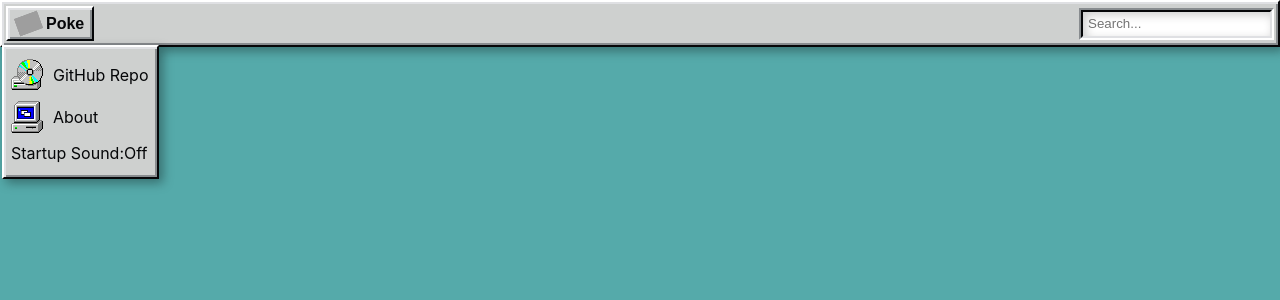
Repository: VolodymyrDubnytskyi/Pokemons
Page: /
An editor plug-in stored every save of this project. The page is shown before and after the next save, followed by the edit.
The browser window is 1280 px wide. The pictures show the whole page.
Pictures or frames that could not be fetched are drawn as grey boxes. The page's requests for data from a server got no answer. The project was rebuilt for these pictures with package versions that can differ from the ones it lists, and the page was loaded fresh each time. No one was signed in, and anything a server would have sent is missing. Also part of the build but not shown: src/Components/PopUpComponents/BasicInfo.js, src/Components/PopUpComponents/Stats.js, src/Components/PopUpComponents/Abilities.js, src/Components/PopUp.js.

Above is the page before, as saved 2020-06-11 15:00:29.

### src/App.js
import React from 'react';
import './App.css';
import Home from './Components/Home';

function App() {
  return (
    <Home />
  );
}

export default App;

### src/App.css
:root {
  --menu-bg-color: rgb(206, 208, 207);
  --main-color: rgb(5, 6, 8);
  --box-shadow-main: rgba(0, 0, 0, 0.35) 4px 4px 10px 0px, rgb(223, 224, 227) 1px 1px 0px 1px inset,
    rgb(136, 140, 143) -1px -1px 0px 1px inset;
  --box-shadow-btn: rgb(223, 224, 227) 1px 1px 0px 1px inset, rgb(136, 140, 143) -1px -1px 0px 1px inset;
}
* {
  box-sizing: border-box;
  margin: 0;
  padding: 0;
}
.main-bg {
  min-height: 100vh;
  width: 100%;
  padding-top: 35px;
  background-color: #55aaaa;
}
.content-box {
  max-width: 1380px;
  margin: auto;
  display: grid;
  grid-template-columns: repeat(6, 140px);
  justify-content: center;
}
.pokemon-container {
  height: 140px;
  display: flex;
  justify-content: center;
  align-items: center;
  flex-direction: column;
}
.pokemon-name {
  color: rgb(255, 255, 255);
  user-select: none;
  padding: 2px;
  text-decoration: underline;
}
/* header navbar */
.header-container {
  border-left-color: rgb(255, 255, 255);
  border-top-color: rgb(255, 255, 255);
  border-right-color: var(--main-color);
  border-bottom-color: var(--main-color);
  box-shadow: rgba(0, 0, 0, 0.35) 4px 4px 10px 0px, rgb(223, 224, 227) 1px 1px 0px 1px inset,
    rgb(136, 140, 143) -1px -1px 0px 1px inset;
  box-sizing: border-box;
  background-color: var(--menu-bg-color);
  color: var(--main-color);
  position: fixed;
  top: 0;
  right: 0;
  left: 0;
  padding: 4px;
  display: flex;
  flex-direction: column;
  width: 100%;
  border-style: solid;
  border-width: 2px;
}
.navbar-container {
  display: flex;
  justify-content: space-between;
  align-items: center;
}
.nav-menu-btn {
  box-sizing: border-box;
  background-color: var(--menu-bg-color);
  color: var(--main-color);
  border-left-color: rgb(255, 255, 255);
  border-top-color: rgb(255, 255, 255);
  border-right-color: var(--main-color);
  border-bottom-color: var(--main-color);
  box-shadow: var(--box-shadow-btn);
  position: relative;
  display: inline-flex;
  -webkit-box-align: center;
  align-items: center;
  -webkit-box-pack: center;
  justify-content: center;
  height: 35px;
  width: auto;
  font-size: 16px;
  border-style: solid;
  border-width: 2px;
  padding: 0px 0.5rem;
  font-weight: 600;
}
.windows-logo {
  transform: rotate(-20deg);
  margin-right: 5px;
  width: 25px;
}
/* input */
.input-container {
  position: relative;
  box-sizing: border-box;
  border-left-color: rgb(136, 140, 143);
  border-top-color: rgb(136, 140, 143);
  border-right-color: rgb(255, 255, 255);
  border-bottom-color: rgb(255, 255, 255);
  padding: 2px;
  border-style: solid;
  border-width: 2px;
  height: 32px;
}
.input-container::before {
  position: absolute;
  left: 0px;
  top: 0px;
  z-index: 1;
  content: "";
  width: calc(100% - 4px);
  height: calc(100% - 4px);
  border-left-color: var(--main-color);
  border-top-color: var(--main-color);
  border-right-color: rgb(223, 224, 227);
  border-bottom-color: rgb(223, 224, 227);
  pointer-events: none;
  box-shadow: rgba(0, 0, 0, 0.2) 3px 3px 10px inset;
  border-style: solid;
  border-width: 2px;
}
.search-input {
  outline: none;
  width: 100%;
  height: 100%;
  padding: 0 5px;
  border: none;
}
/* pop Up */
.pop-up-detail-bg {
  position: fixed;
  top: 50%;
  left: 50%;
  transform: translate(-50%, -50%);
  min-height: 400px;
  width: 600px;
  padding: 2px;
  border: 2px solid;
  border-left-color: rgb(255, 255, 255);
  border-top-color: rgb(255, 255, 255);
  border-right-color: var(--main-color);
  border-bottom-color: var(--main-color);
  box-shadow: var(--box-shadow-main);
  box-sizing: border-box;
  display: inline-block;
  background-color: var(--menu-bg-color);
  color: var(--main-color);
}
.pop-up-detail-header {
  height: 33px;
  display: flex;
  align-items: center;
  justify-content: space-between;
  margin: 0 2px 4px 0;
  font-weight: bold;
  color: rgb(255, 255, 255);
  padding: 0px 0.5rem;
  background: linear-gradient(to right, rgb(0, 0, 128), rgb(16, 52, 166));
}
.close-btn {
  position: relative;
  display: flex;
  align-items: center;
  justify-content: center;
  height: 27px;
  width: 27px;
  font-size: 16px;
  padding: 0px;
  margin-right: -6px;
  margin-top: 1px;
  outline: none;
  background-color: var(--menu-bg-color);
  color: var(--main-color);
  border: 2px solid;
  border-left-color: rgb(255, 255, 255);
  border-top-color: rgb(255, 255, 255);
  border-right-color: rgb(5, 6, 8);
  border-bottom-color: rgb(5, 6, 8);
  box-shadow: var(--box-shadow-btn);
  font-weight: bold;
}
.exit-link-container {
  display: flex;
  align-items: center;
  padding: 4px;
}
.disabled-text-btn,
.active-text-btn {
  padding: 0 0.5rem;
  display: inline-flex;
  -webkit-box-align: center;
  align-items: center;
  -webkit-box-pack: center;
  justify-content: center;
  height: 27px;
  font-size: 16px;
  background-color: transparent;
  border: 2px solid transparent;
  font-weight: 500;
}
.disabled-text-btn {
  color: rgb(136, 140, 143);
  text-shadow: rgb(255, 255, 255) 1px 1px;
}
.active-text-btn {
}
.pokemon-detail {
  width: 80%;
  height: 270px;
  margin: 20px auto auto auto;
}
.pokemon-detail-menu {
  display: flex;
  align-items: center;
}
.pokemon-detail-content {
  background-color: var(--menu-bg-color);
  color: var(--main-color);
  border-left-color: rgb(255, 255, 255);
  border-top-color: rgb(255, 255, 255);
  border-right-color: var(--main-color);
  border-bottom-color: var(--main-color);
  box-shadow: rgb(223, 224, 227) 1px 1px 0px 1px inset, rgb(136, 140, 143) -1px -1px 0px 1px inset;
  position: relative;
  display: flex;
  align-items: center;
  height: 90%;
  border-style: solid;
  border-width: 2px;
  padding: calc(1.5rem) 1rem 1rem;
}
.pokemon-detail-menu {
  height: 10%;
}
.pokemon-detail-menu-item {
  box-sizing: border-box;
  display: inline-block;
  background-color: rgb(206, 208, 207);
  border-left-color: rgb(255, 255, 255);
  border-top-color: rgb(255, 255, 255);
  border-right-color: rgb(5, 6, 8);
  box-shadow: rgb(223, 224, 227) 1px 1px 0px 1px inset, rgb(136, 140, 143) -1px -1px 0px 1px inset;
  position: relative;
  height: 35px;
  line-height: 35px;
  border-top-left-radius: 5px;
  border-top-right-radius: 5px;
  margin-bottom: -2px;
  cursor: default;
  color: rgb(5, 6, 8);
  border-style: solid solid none;
  border-width: 2px 2px 2px;
  padding: 0px 0.5rem;
  border-bottom: none;
}
.pokemon-detail-menu-active-item {
  background-color: rgb(206, 208, 207);
  border-left-color: rgb(255, 255, 255);
  border-top-color: rgb(255, 255, 255);
  border-right-color: rgb(5, 6, 8);
  box-shadow: rgb(223, 224, 227) 1px 0px 0px 0px inset, rgb(136, 140, 143) -1px 0px 0px 0px inset;
  position: relative;
  line-height: 35px;
  border-top-left-radius: 5px;
  border-top-right-radius: 5px;
  cursor: default;
  color: rgb(5, 6, 8);
  z-index: 1;
  height: calc(39px);
  border-style: solid solid none;
  border-width: 2px 2px 2px;
  border-bottom: none;
  padding: 0px calc(0.5rem + 8px);
  margin-bottom: 4px;
}
.pokemon-detail-img-container {
  width: 40%;
  height: 100%;
  display: flex;
  justify-content: center;
  align-items: center;
}
.pokemon-detail-description-box {
  width: 60%;
  height: 100%;
  display: flex;
  flex-direction: column;
}
.pokemon-detail-img {
  width: 85%;
  height: 85%;
}
.pokemon-detail-type-of-pokemon {
  background: rgb(75, 144, 214);
  color: rgb(255, 255, 255);
  padding: 4px;
  max-width: 81px;
  display: flex;
  justify-content: center;
  align-items: center;
}
.stats-container {
  background-color: rgb(206, 208, 207);
  color: rgb(5, 6, 8);
  border-left-color: rgb(255, 255, 255);
  border-top-color: rgb(255, 255, 255);
  border-right-color: rgb(5, 6, 8);
  border-bottom-color: rgb(5, 6, 8);
  box-shadow: rgb(223, 224, 227) 1px 1px 0px 1px inset, rgb(136, 140, 143) -1px -1px 0px 1px inset;
  border-style: solid;
  border-width: 2px;
  padding: calc(1.5rem) 1rem 1rem;
}
.stats-content-container {
  position: relative;
  border: 2px solid;
  border-left-color: rgb(136, 140, 143);
  border-top-color: rgb(136, 140, 143);
  border-right-color: rgb(255, 255, 255);
  border-bottom-color: rgb(255, 255, 255);
  background-color: #fff;
  height: 100%;
}
.stats-content-container::before {
  position: absolute;
  left: 0px;
  top: 0px;
  z-index: 1;
  content: "";
  width: calc(100% - 4px);
  height: calc(100% - 4px);
  border-left-color: rgb(5, 6, 8);
  border-top-color: rgb(5, 6, 8);
  border-right-color: rgb(223, 224, 227);
  border-bottom-color: rgb(223, 224, 227);
  pointer-events: none;
  box-shadow: rgba(0, 0, 0, 0.2) 3px 3px 10px inset;
  border-style: solid;
  border-width: 2px;
  display: flex;
  flex-direction: column;
  justify-content: center;
  align-items: center;
}
.stats-table-heading,
.stats {
  display: flex;
  justify-content: space-between;
  align-items: center;
}
.stats {
  padding: 0 10px;
  margin: 6px 0;
}
.stats-table-heading div,
.stats-table-heading span {
  border-right-color: rgb(5, 6, 8);
  border-bottom-color: rgb(5, 6, 8);
  box-shadow: rgb(223, 224, 227) 1px 1px 0px 1px inset, rgb(136, 140, 143) -1px -1px 0px 1px inset;
  display: inline-block;
  vertical-align: inherit;
  cursor: default;
  border-style: none solid solid none;
  border-width: 2px 2px;
  padding: 0px 0.5rem;
  background: rgb(206, 208, 207);
  border-left: none;
  border-top: none;
}
.stats-table-colum-lg {
  width: 80%;
}
.stats-table-column-sm {
  width: 20%;
}
.active-btn {
  box-sizing: border-box;
  background-color: rgb(206, 208, 207);
  color: rgb(5, 6, 8);
  border-left-color: rgb(5, 6, 8);
  border-top-color: rgb(5, 6, 8);
  border-right-color: rgb(255, 255, 255);
  border-bottom-color: rgb(255, 255, 255);
  box-shadow: rgb(136, 140, 143) 1px 1px 0px 1px inset, rgb(223, 224, 227) -1px -1px 0px 1px inset;
  background-image: url(data:[embedded picture, 142 characters]);
  position: relative;
  display: inline-flex;
  -webkit-box-align: center;
  align-items: center;
  -webkit-box-pack: center;
  justify-content: center;
  height: 35px;
  width: auto;
  font-size: 16px;
  border-style: solid;
  border-width: 2px;
  padding: 2px 0.5rem 0px;
}
button {
  -webkit-tap-highlight-color: rgba(0, 0, 0, 0);
  outline: none;
}
/* nav menu */
.nav-menu-container {
  width: auto;
  border-left-color: rgb(255, 255, 255);
  border-top-color: rgb(255, 255, 255);
  border-right-color: rgb(5, 6, 8);
  border-bottom-color: rgb(5, 6, 8);
  box-shadow: rgba(0, 0, 0, 0.35) 4px 4px 10px 0px, rgb(223, 224, 227) 1px 1px 0px 1px inset,
    rgb(136, 140, 143) -1px -1px 0px 1px inset;
  box-sizing: border-box;
  display: inline-block;
  background-color: rgb(206, 208, 207);
  color: rgb(5, 6, 8);
  position: absolute;
  bottom: 0px;
  left: 0px;
  transform: translate(0px, 100%);
  padding: 2px 4px 4px 2px;
  border-style: solid;
  border-width: 2px;
  list-style: none;
}
.menu-item {
  display: flex;
  align-items: center;
  margin:10px 5px;
}
.menu-icons {
  margin-right: 10px;
}

### src/Components/Home.js
import React from 'react';
import { Component } from 'react';
import Header from './Header';
import PopUpPokemonDetail from './PopUp';

class Home extends Component {
    state = {
        collectionsOfUrl: '',
        pokemonsDetail: [],
        clickedPokemonDetail: '',
        activePopUp: false
    }
    componentDidMount() {
        fetch('https://pokeapi.co/api/v2/pokemon/?offset=0&limit=150')
            .then(res => res.json())
            .then((data => {
                this.setState({
                    collectionsOfUrl: data.results
                }, () => {
                    this.getPokemonsData();
                })
            }))
    }
    getPokemonsData = e => {
        this.state.collectionsOfUrl.map((item) => {
            fetch(item.url)
                .then(res => res.json())
                .then((result) => {
                    this.setState({
                        pokemonsDetail: [...this.state.pokemonsDetail, result].sort((a, b) => a.id - b.id),
                        pokemonDetailDefault: this.state.pokemonsDetail
                    })
                })
        })
    }
    getPokemonSpecies = pokemon => {
        fetch(pokemon.species.url)
            .then((res => res.json()))
            .then((data => this.setState({ pokemonSpecies: data })))
    }

    checkPokemonDetail = pokemon => {
        this.setState({
            clickedPokemonDetail: pokemon,
            activePopUp: true
        })
        this.getPokemonSpecies(pokemon)
    }
    closePopUp = e => this.setState({ activePopUp: false })
    filterPokemons = serchWord => {
        this.setState({
            pokemonsDetail: this.state.pokemonDetailDefault.filter((item) => item.name.includes(serchWord))
        })
    }
    render() {
        console.log(this.state.clickedPokemonDetail);
        return (
            <section className={'main-bg'}>
                <Header
                    filterPokemons={this.filterPokemons} />
                {this.state.activePopUp &&
                    <PopUpPokemonDetail
                        pokemon={this.state.clickedPokemonDetail}
                        activePopUp={this.state.activePopUp}
                        pokemonSpecies={this.state.pokemonSpecies}
                        closePopUp={this.closePopUp} />}
                <div className={'content-box'}>
                    {this.state.pokemonsDetail.map((item, i) => {
                        return (
                            <div
                                className={'pokemon-container'}
                                // onClick={}
                                onDoubleClick={() => this.checkPokemonDetail(item)}
                                key={i}
                            >
                                <img src={item.sprites.front_default} alt="pokemon-image" />
                                <h3 className={'pokemon-name'}>{item.name.charAt(0).toUpperCase() + item.name.slice(1)}</h3>
                            </div>
                        );
                    })}
                </div>
            </section>
        );
    }
}
export default Home;

### src/Components/Header.js
import React, { Component } from 'react';
import Menu from './HeaderComponents/Menu';

class Header extends Component {
    state = {
        searchPoki: '',
        activeMenu: false
    }
    setInputValue = e => {
        this.setState({
            searchPoki: e.target.value
        }, () => {
            this.props.filterPokemons(this.state.searchPoki)
        })
    }
    showMenu = e => {
        this.setState({
            activeMenu: !this.state.showMenu
        })
    }
    render() {
        return (
            <header className={'header-container'}>
                <nav className={'navbar-container'}>
                    <button className={`nav-menu-btn ${this.state.activeMenu && 'active-btn'}`} onClick={this.showMenu}>
                        <img
                            src="https://upload.wikimedia.org/wikipedia/commons/thumb/1/1e/Windows_Logo_1995.svg/32px-Windows_Logo_1995.svg.png" alt="windows"
                            className={'windows-logo'} />
                        Poke
                    </button>
                    <Menu/>
                    <div className={'input-container'}>
                        <input
                            className={'search-input'}
                            type='text'
                            placeholder='Search...'
                            value={this.state.searchPoki}
                            onChange={this.setInputValue} />
                    </div>
                </nav>
            </header>
        );
    }
}

export default Header;

### src/Components/HeaderComponents/Menu.js
import React from 'react';
import { imgDvd, imgPc } from '../../assets/imgDvd';
let dvdImg = ''

const Menu = props => {
    return (
        <div className={'nav-menu-container'}>
            <ul>
                <li className={'menu-item'}>
                    <img src={imgDvd} alt="window-95-dvd"  className={'menu-icons'}/>
                 GitHub Repo
                 </li>
                <li className={'menu-item'}>
                    <img src={imgPc} alt="window-95-computre" className={'menu-icons'} />
                 About
                 </li>
                <li className={'menu-item'}>Startup Sound:Off</li>
            </ul>
        </div>
    )
}
export default Menu;

Loaded but not shown: public/index.html (common file); src/index.js (common file); src/index.css (common file); src/serviceWorker.js (common file); src/assets/imgDvd.js (library)

After the next save:
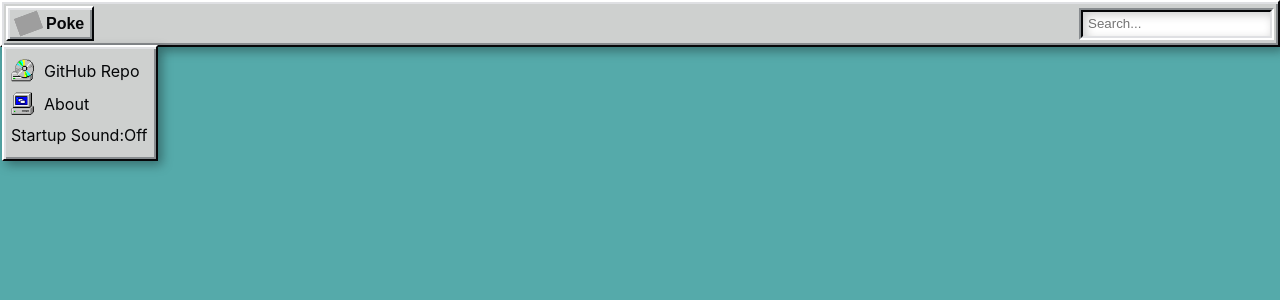
Saved 66 s later.
--- a/src/App.css
+++ b/src/App.css
@@ -431,4 +431,6 @@ button {
 }
 .menu-icons {
   margin-right: 10px;
-}
+  height: 23px;
+    width: 23px;
+}
